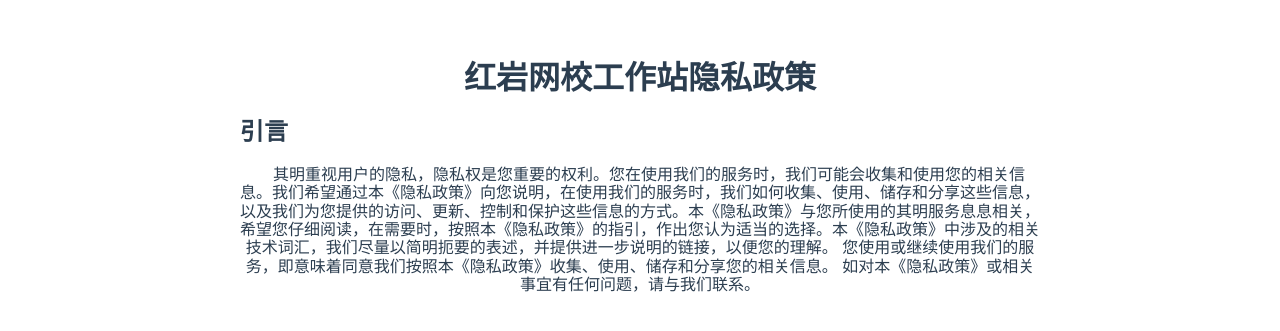
Repository: zl-mdc/privacy-policy
Page: /
These files come from the project's save history. The page is drawn as it stood at one moment and after the next save; the edit follows.
The browser window is 1280 px wide. The pictures show the whole page.
The project was rebuilt for these pictures with package versions that can differ from the ones it lists, and the page was loaded fresh each time.

Above is the page before, as saved 2020-09-17 15:31:45.

### src/main.js
import Vue from 'vue'
import App from './App.vue'
import 'normalize.css'

Vue.config.productionTip = false

new Vue({
  render: h => h(App),
}).$mount('#app')

### src/App.vue
<template>
  <div id="app">
    <Info />
  </div>
</template>

<script>
import Info from './components/Info';

export default {
  name: 'App',
  components: {
    Info
  }
}
</script>

<style>
#app {
  font-family: Avenir, Helvetica, Arial, sans-serif;
  -webkit-font-smoothing: antialiased;
  -moz-osx-font-smoothing: grayscale;
  text-align: center;
  color: #2c3e50;
  margin-top: 60px;
}
</style>

### src/components/Info.vue
<!--
 * @Author: Code_Master
 * @Date: 2020-09-17 15:00:51
 * @LastEditTime: 2020-09-17 15:31:45
 * @LastEditors: Code_Master
 * @FilePath: /privacy-policy/src/components/Info.vue
 * @Description: The first 90% of the code accounts for the first 90% of the development time. The remaining 10% of the code accounts for the other 90% of the development time.
-->
<template>
    <div id="info">
          <h1>红岩网校工作站隐私政策</h1>

          <h2>引言</h2>
          <p>&nbsp;&nbsp;&nbsp;&nbsp;其明重视用户的隐私，隐私权是您重要的权利。您在使用我们的服务时，我们可能会收集和使用您的相关信息。我们希望通过本《隐私政策》向您说明，在使用我们的服务时，我们如何收集、使用、储存和分享这些信息，以及我们为您提供的访问、更新、控制和保护这些信息的方式。本《隐私政策》与您所使用的其明服务息息相关，希望您仔细阅读，在需要时，按照本《隐私政策》的指引，作出您认为适当的选择。本《隐私政策》中涉及的相关技术词汇，我们尽量以简明扼要的表述，并提供进一步说明的链接，以便您的理解。 您使用或继续使用我们的服务，即意味着同意我们按照本《隐私政策》收集、使用、储存和分享您的相关信息。 如对本《隐私政策》或相关事宜有任何问题，请与我们联系。 </p>
    </div>
</template>

<script>
export default {
    name: "Info",
}
</script>

<style>
    #info {
        width: 800px;
        margin: 0 auto;
    }
    h2 {
        text-align: left;
    }
</style>

Loaded but not shown: public/index.html (common file)

After the next save:
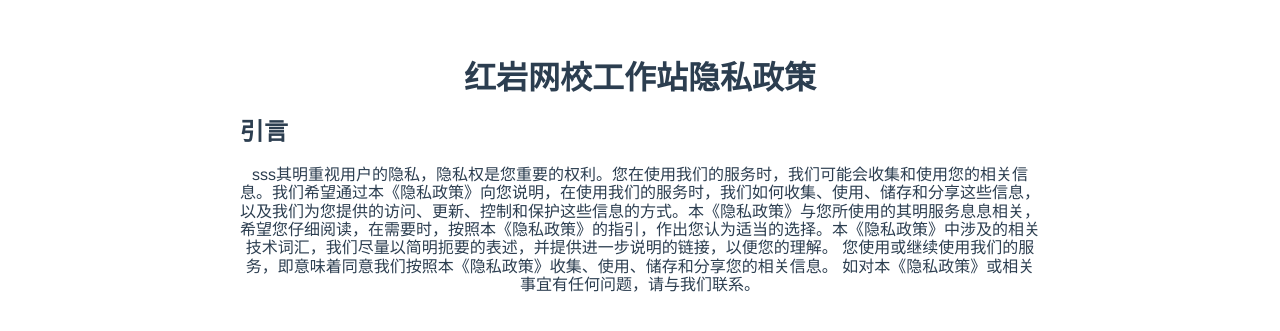
Saved 43 s later.
--- a/src/components/Info.vue
+++ b/src/components/Info.vue
@@ -1,7 +1,7 @@
 <!--
  * @Author: Code_Master
  * @Date: 2020-09-17 15:00:51
- * @LastEditTime: 2020-09-17 15:31:45
+ * @LastEditTime: 2020-09-17 15:32:28
  * @LastEditors: Code_Master
  * @FilePath: /privacy-policy/src/components/Info.vue
  * @Description: The first 90% of the code accounts for the first 90% of the development time. The remaining 10% of the code accounts for the other 90% of the development time.
@@ -11,7 +11,7 @@
           <h1>红岩网校工作站隐私政策</h1>
 
           <h2>引言</h2>
-          <p>&nbsp;&nbsp;&nbsp;&nbsp;其明重视用户的隐私，隐私权是您重要的权利。您在使用我们的服务时，我们可能会收集和使用您的相关信息。我们希望通过本《隐私政策》向您说明，在使用我们的服务时，我们如何收集、使用、储存和分享这些信息，以及我们为您提供的访问、更新、控制和保护这些信息的方式。本《隐私政策》与您所使用的其明服务息息相关，希望您仔细阅读，在需要时，按照本《隐私政策》的指引，作出您认为适当的选择。本《隐私政策》中涉及的相关技术词汇，我们尽量以简明扼要的表述，并提供进一步说明的链接，以便您的理解。 您使用或继续使用我们的服务，即意味着同意我们按照本《隐私政策》收集、使用、储存和分享您的相关信息。 如对本《隐私政策》或相关事宜有任何问题，请与我们联系。 </p>
+          <p><span>sss</span>其明重视用户的隐私，隐私权是您重要的权利。您在使用我们的服务时，我们可能会收集和使用您的相关信息。我们希望通过本《隐私政策》向您说明，在使用我们的服务时，我们如何收集、使用、储存和分享这些信息，以及我们为您提供的访问、更新、控制和保护这些信息的方式。本《隐私政策》与您所使用的其明服务息息相关，希望您仔细阅读，在需要时，按照本《隐私政策》的指引，作出您认为适当的选择。本《隐私政策》中涉及的相关技术词汇，我们尽量以简明扼要的表述，并提供进一步说明的链接，以便您的理解。 您使用或继续使用我们的服务，即意味着同意我们按照本《隐私政策》收集、使用、储存和分享您的相关信息。 如对本《隐私政策》或相关事宜有任何问题，请与我们联系。 </p>
     </div>
 </template>
 
